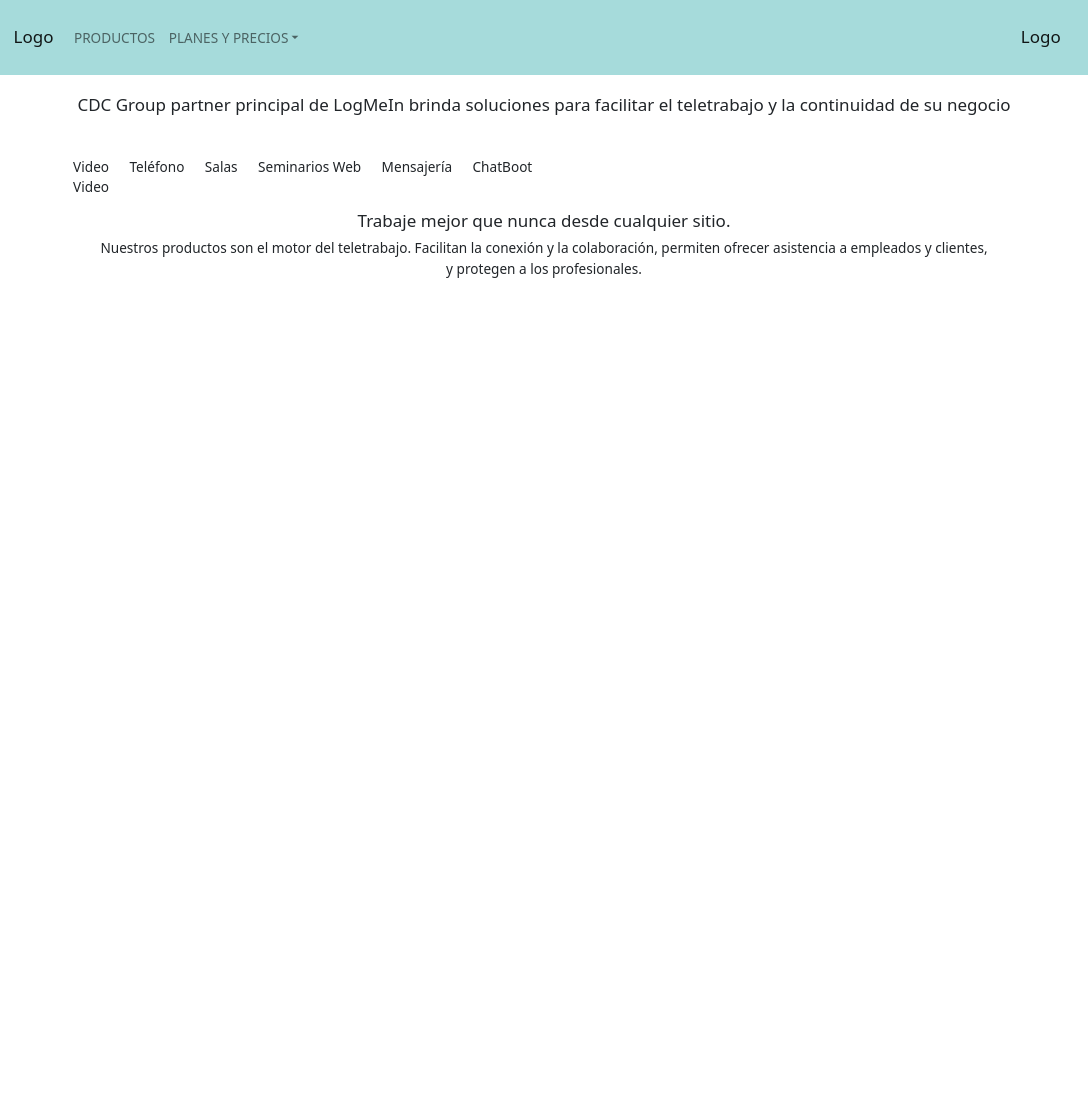
Repository: onehitwondermx/cdclogmein
Page: index.html
These files come from the project's save history. The page is drawn as it stood at one moment and after the next save; the edit follows.
The browser window is 1280 px wide. The pictures show the whole page, at 85% of full size.

Above is the page before, as saved 2021-06-03 22:28:43.

### index.html
<!DOCTYPE html>
<html lang="es">
  <head>
    <meta charset="utf-8">
    <meta name="viewport" content="width=device-width, initial-scale=1">
    <script src="https://cdn.jsdelivr.net/npm/bootstrap@5.0.1/dist/js/bootstrap.bundle.min.js" integrity="sha384-gtEjrD/SeCtmISkJkNUaaKMoLD0//ElJ19smozuHV6z3Iehds+3Ulb9Bn9Plx0x4" crossorigin="anonymous"></script>
    <link href="https://cdn.jsdelivr.net/npm/bootstrap@5.0.1/dist/css/bootstrap.min.css" rel="stylesheet" integrity="sha384-+0n0xVW2eSR5OomGNYDnhzAbDsOXxcvSN1TPprVMTNDbiYZCxYbOOl7+AMvyTG2x" crossorigin="anonymous">
    <title>LogMeIn - CDC Gropu</title>
  </head>
<body>
  <nav class="navbar sticky-top navbar-expand-lg navbar-light" style="background-color: #a6dbdb;">
    <div class="p-3 container-fluid">
        <a href="#" class="navbar-brand">Logo</a>
        <button class="navbar-toggler" type="button" data-bs-toggle="collapse" data-bs-target="#navbarText" aria-controls="navbarText" aria-expanded="false" aria-label="Toggle navigation">
          <span class="navbar-toggler-icon"></span>
        </button>
        <div class="collapse navbar-collapse" id="navbarText">
            <ul class="navbar-nav me-auto mb-2 mb-lg-0">
              <li class="nav-item"><a class="nav-link" href="#">PRODUCTOS</a></li>
              <li class="nav-item dropdown"><a class="nav-link dropdown-toggle" href="#" id="navbarScrollingDropdown" role="button" data-bs-toggle="dropdown" aria-expanded="false">PLANES Y PRECIOS</a>
                <ul class="dropdown-menu" aria-labelledby="navbarScrollingDropdown">
                  <li><a class="dropdown-item" href="#">GoToConnect</a></li>
                  <li><a class="dropdown-item" href="#">GoToMeeting</a></li>
                  <li><a class="dropdown-item" href="#">GoToWebinar</a></li>
                  <li><a class="dropdown-item" href="#">LastPass</a></li>
                  <li><a class="dropdown-item" href="#">Central</a></li>
                  <li><a class="dropdown-item" href="#">GoToMyPC</a></li>
                  <li><a class="dropdown-item" href="#">GoToTraining</a></li>
                  <li><a class="dropdown-item" href="#">GoAssist</a></li>
                </ul>
              </li>
            </ul>
            <a href="#" class="navbar-brand">Logo</a>
          </div>
        </div>
    </div>
  </nav>

  <div class="p-4 container-fluid">
      <div class="row justify-content-md-center">
        <div class="col-md-auto">
          <h5 class="text-center">
            CDC Group partner principal de LogMeIn brinda soluciones para facilitar el teletrabajo y la continuidad de su negocio
          </h5>
        </div>
      </div>
  </div>
  <div class="p-3 container">
    <div class="row row-cols-auto">
      <div class="col">
        <span>Video</span>
      </div>
      <div class="col">
        <span>Teléfono</span>
      </div>
      <div class="col">
        <span>Salas</span>
      </div>
      <div class="col">
        <span>Seminarios Web</span>
      </div>
      <div class="col">
        <span>Mensajería
        </span>
      </div>
      <div class="col">
        <span>ChatBoot</span>
      </div>
    </div>
    <div> Video</div>
    <div class="p-3 container">
      <h5  class="text-center">Trabaje mejor que nunca desde cualquier sitio.</h5>
      <div class="container-sm">
      <p class="text-center">
        Nuestros productos son el motor del teletrabajo. Facilitan la conexión y la colaboración, permiten ofrecer asistencia a empleados y clientes, y protegen a los profesionales.
      </p>
    </div>
    </div>
  </div>

   <br><br><br><br><br><br><br><br><br><br><br><br><br><br><br><br><br><br><br><br><br><br><br><br><br><br><br><br><br><br><br><br><br><br><br><br><br><br>
  </body>
</html>

After the next save:
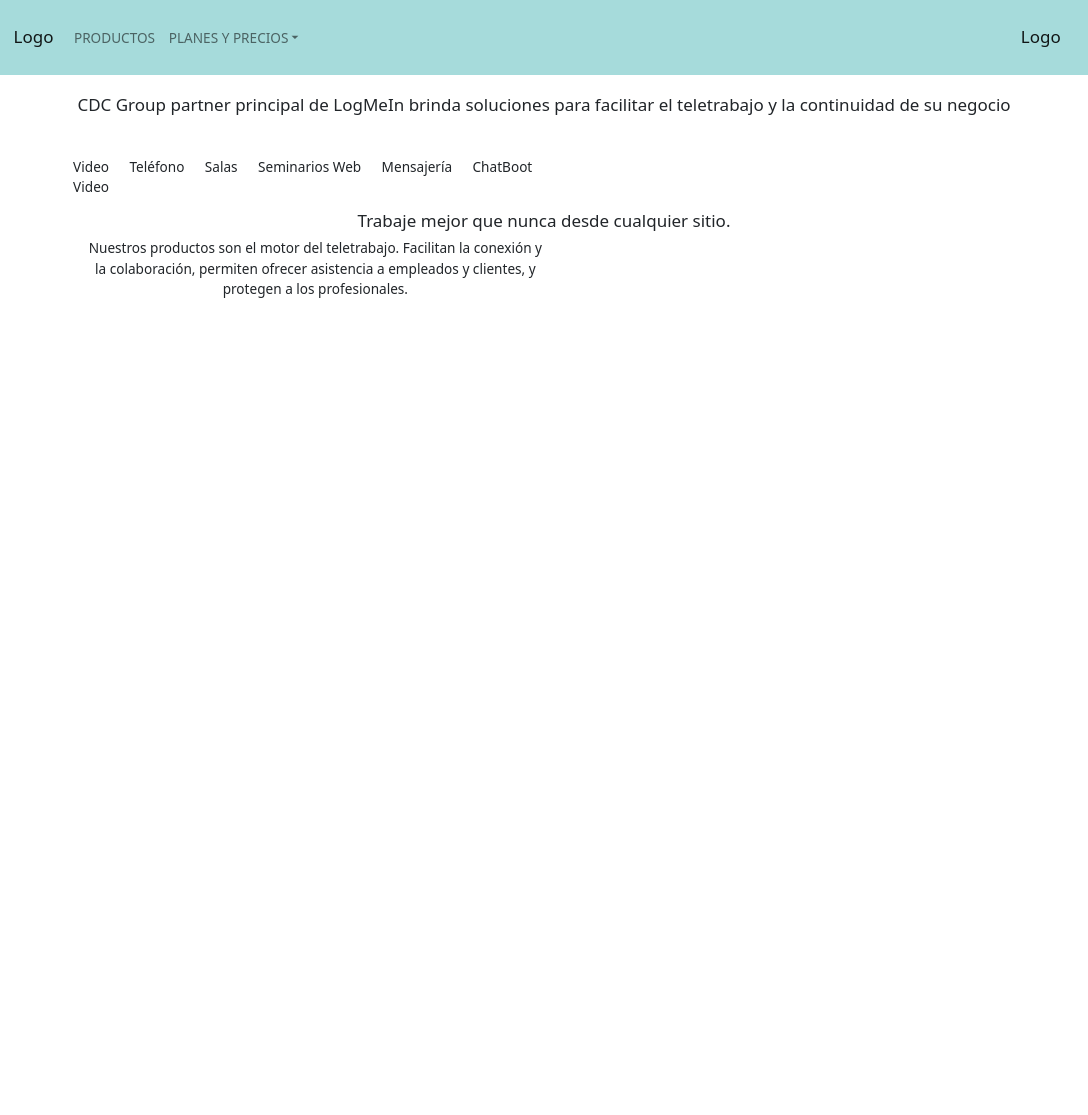
Saved 2 min 44 s later.
--- a/index.html
+++ b/index.html
@@ -70,7 +70,7 @@
     <div> Video</div>
     <div class="p-3 container">
       <h5  class="text-center">Trabaje mejor que nunca desde cualquier sitio.</h5>
-      <div class="container-sm">
+      <div class="col-6">
       <p class="text-center">
         Nuestros productos son el motor del teletrabajo. Facilitan la conexión y la colaboración, permiten ofrecer asistencia a empleados y clientes, y protegen a los profesionales.
       </p>
